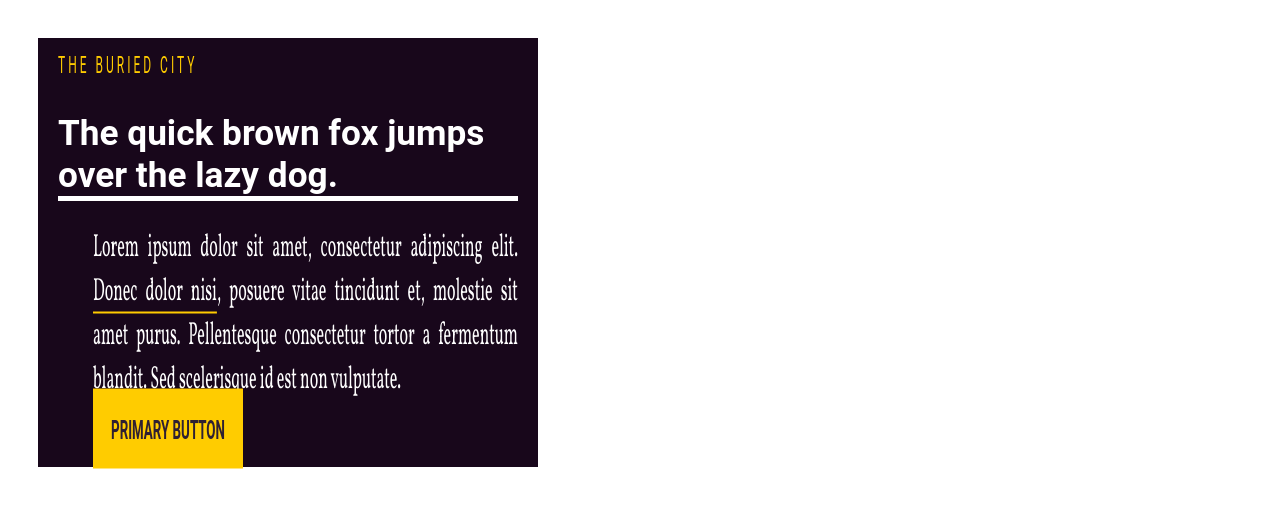
Repository: rafigabriel/TP2---Web-I
Page: ex03-css/index.html
The author's editor kept a copy of each file at every save. The page is drawn from the files as they stood at one save, then again after a run of saves.
The browser window is 1280 px wide. The pictures show the whole page.

Above is the page before, as saved 2024-09-09 18:23:22.

After the next 7 saves:
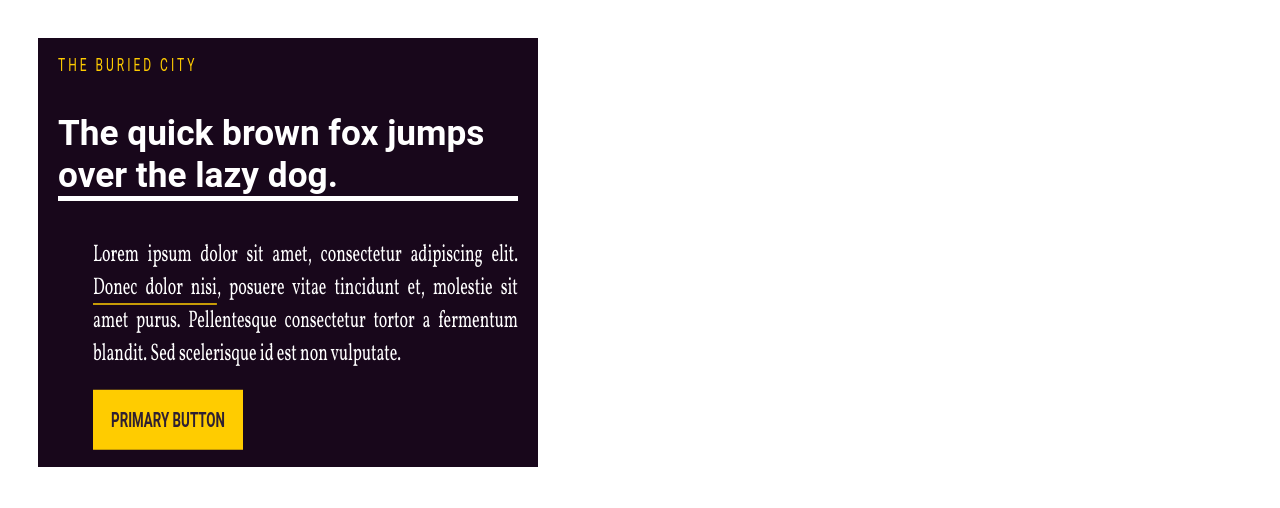
The 7 saves are shown as one change because they came seconds apart.
The last was saved 32 s later.
--- a/ex03-css/style.css
+++ b/ex03-css/style.css
@@ -29,7 +29,7 @@ p{
     font-style: normal;
     font-size: 1em;
     color: white;
-    transform: scale(1,2);
+    transform: scale(1,1.5);
 }
 
 #secao{
